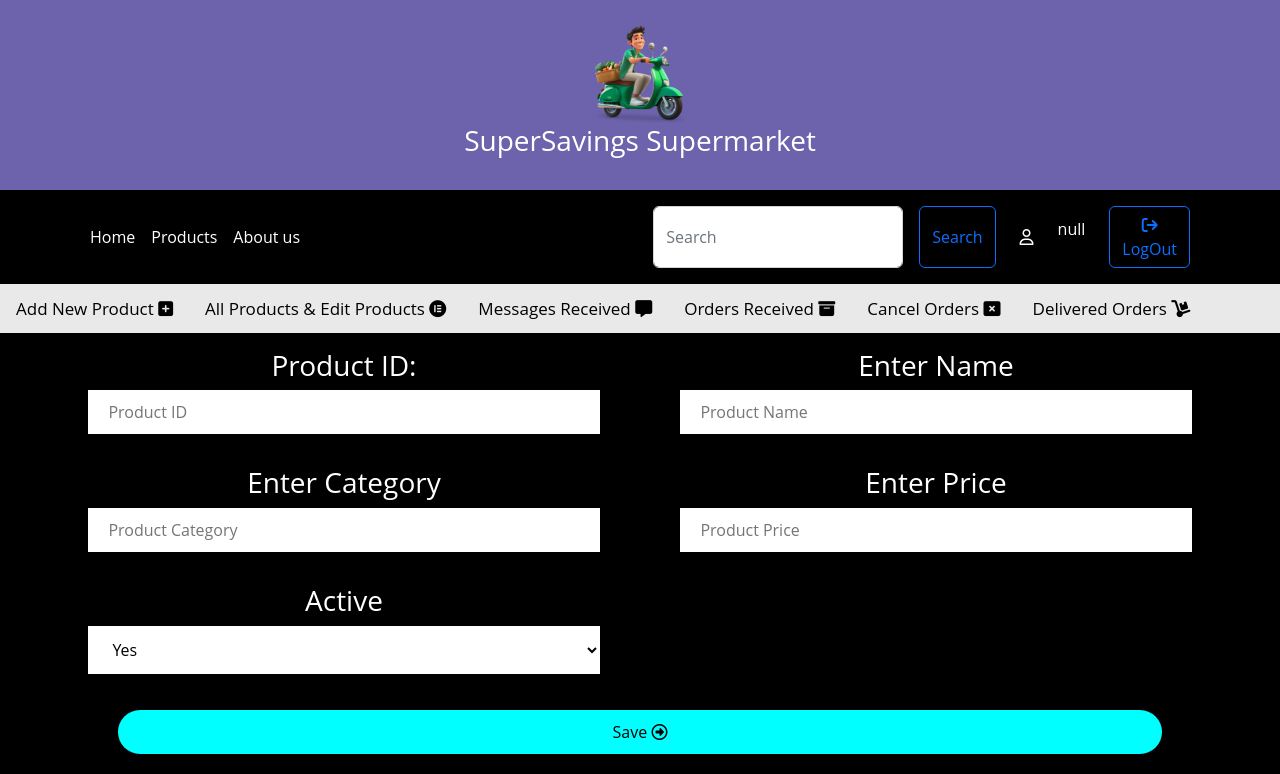
Repository: Raviraj39/SuperSaving-Online-Supermarket-Website
Page: http://localhost/Super_market/AddNewProduct.jsp
These files come from the project's save history. The page is drawn as it stood at one moment and after the next save; the edit follows.
The browser window is 1280 px wide. The pictures show the whole page.
The page is served by Tomcat 9.

Above is the page before, as saved 2023-12-28 18:18:16.

After the next save:
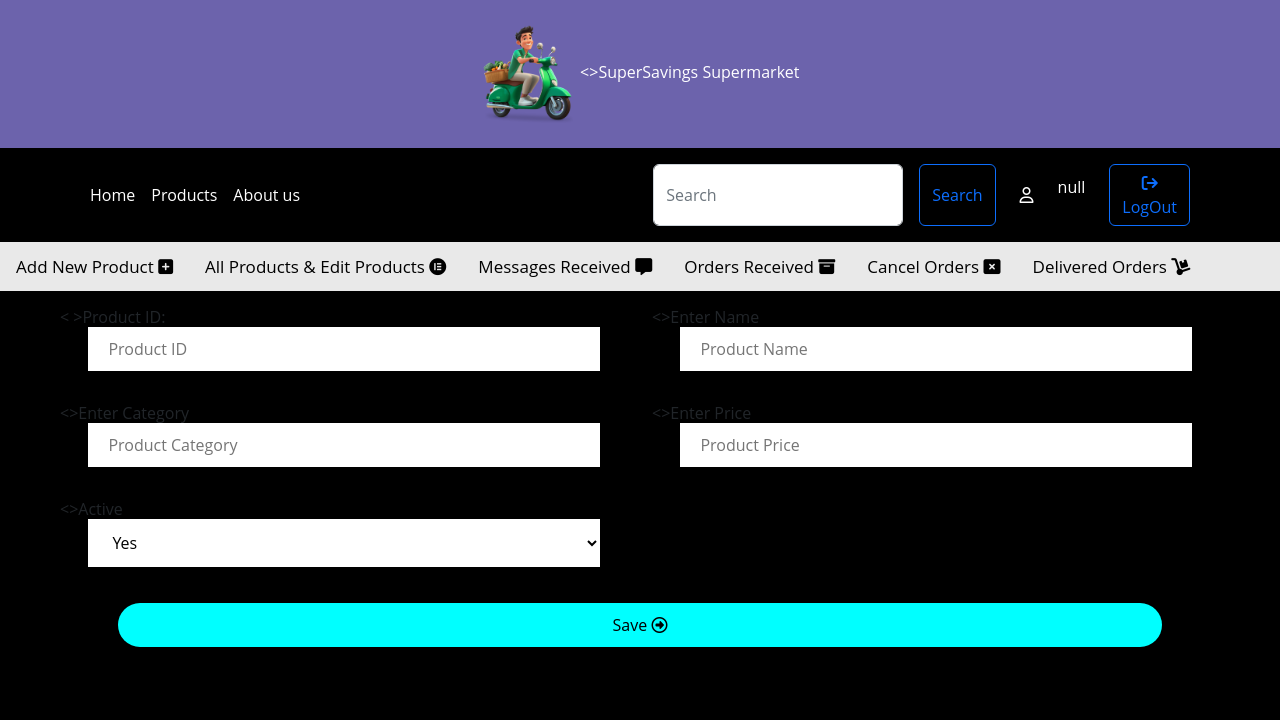
Saved 6 min 22 s later.
--- a/Super_market/src/main/webapp/AddNewProduct.jsp
+++ b/Super_market/src/main/webapp/AddNewProduct.jsp
@@ -26,13 +26,13 @@
 String msg=request.getParameter("msg");
 if("done".equals(msg)){
 	%>
-	<h3 class="alert">product added successfully!!!</h3>
+	< class="alert">product added successfully!!!</>
 	<% }%>
 	<%
 	if("wrong".equals(msg)){
 	%>
 
-<h3 class="alert">Some thing went wrong! Try Again!</h3>
+< class="alert">Some thing went wrong! Try Again!</>
 
 	<% }%>
 
@@ -45,28 +45,28 @@ if("done".equals(msg)){
 <form method="post" action="addproduct" class="cotainer ">
 		<div class="cotainer mx-5  row" >
 		<div class="col-12 col-md-6 my-3">
-		<h3 >Product ID: </h3>
+		< >Product ID: </>
 		<input type="text" class="input-style " name="input1" placeholder="Product ID">
 		</div>
 		<div class="col-12 col-md-6 my-3">
-		 <h3>Enter Name</h3>
+		 <>Enter Name</>
 		 	<input type="text" class="input-style" name="input2" placeholder="Product Name">
 
 		</div>
 
 		<div class=" col-12 col-md-6 my-3">
-		<h3>Enter Category</h3>
+		<>Enter Category</>
 		<input type="text"  class="input-style" name="input3" placeholder="Product Category">
 
 		</div>
 
 		<div class="col-12 col-md-6 my-3">
-		<h3>Enter Price</h3>
+		<>Enter Price</>
 		<input type="text" class="input-style" name="input4" placeholder="Product Price">
 		</div>
 
 		<div class=" col-12 col-md-6 my-3">
-		<h3>Active</h3>
+		<>Active</>
 		<select name="active" class="input-style" id="active">
 			<option value="yes">Yes</option>
 			<option value="no">No</option>
--- a/Super_market/src/main/webapp/AdminHome.jsp
+++ b/Super_market/src/main/webapp/AdminHome.jsp
@@ -15,7 +15,7 @@
 	<div class="container-fluid navtop">
 		<div class="text-center py-4 text-white  ">
 			<img src="./images/illustrations/BikeDilvery.webp" alt="" class="" height="100px">
-			<h3>SuperSavings Supermarket</h3>
+			<>SuperSavings Supermarket</>
 		</div>
 	</div>
 	<nav class="navbar navbar-expand-lg bg-black text-white py-3">
